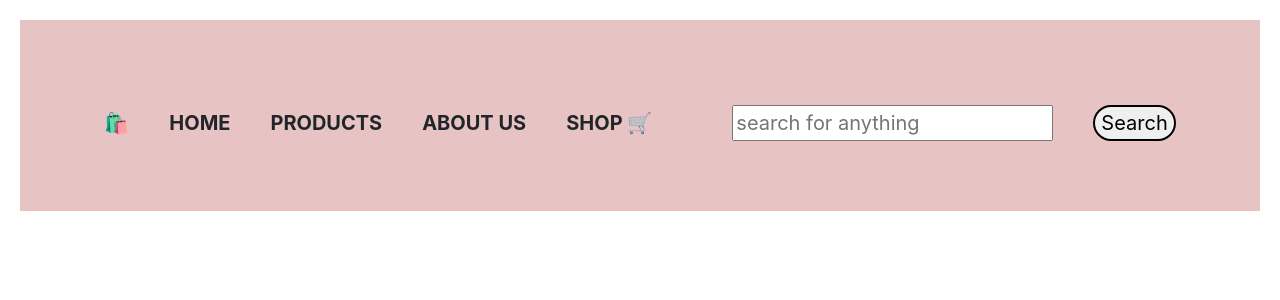
Repository: thf4/Project-Shop
Page: /
These files come from the project's save history. The page is drawn as it stood at one moment and after the next save; the edit follows.
The browser window is 1280 px wide. The pictures show the whole page.
The project was rebuilt for these pictures with package versions that can differ from the ones it lists, and the page was loaded fresh each time.

Above is the page before, as saved 2021-04-22 11:44:16.

### src/index.js
import React from 'react';
import ReactDOM from 'react-dom';
import 'bootstrap/dist/css/bootstrap.min.css';
import App from './App'


ReactDOM.render(
  <React.StrictMode>
   <App />
  </React.StrictMode>,
  document.getElementById('root')
);

### src/App.js
import './App.css'

function App() {
  return (
    <div className="App">
      <header className="App-header">

        <ul id="Lista">
          <li>🛍</li>
          <li> HOME </li>
          <li> PRODUCTS </li>
          <li> ABOUT US</li>
          <li> SHOP 🛒</li>
          <li>
            <li></li><input type="text" id="area-find" placeholder="search for anything"/></li>
            <li><button id="button" for="input" >Search</button></li>
        </ul>

      </header>
    </div>
  );
}

export default App;

### src/App.css
.App{
  width: 100%;
  height: auto;
  padding: 20px;
}

#Lista{
  list-style-type: none;
  margin: 0;

  font-weight: bold;
  text-align: center;
  padding: 50px 50px;
}
li{
 display: inline-block;
 font-size: 20px;
 padding: 20px;

}
#button{
  border-radius: 30px;
  border-style: solid;
  border-width: 2px;
}
.App-header{

  background-color: #a0171741;
}

Loaded but not shown: public/index.html (common file)

After the next save:
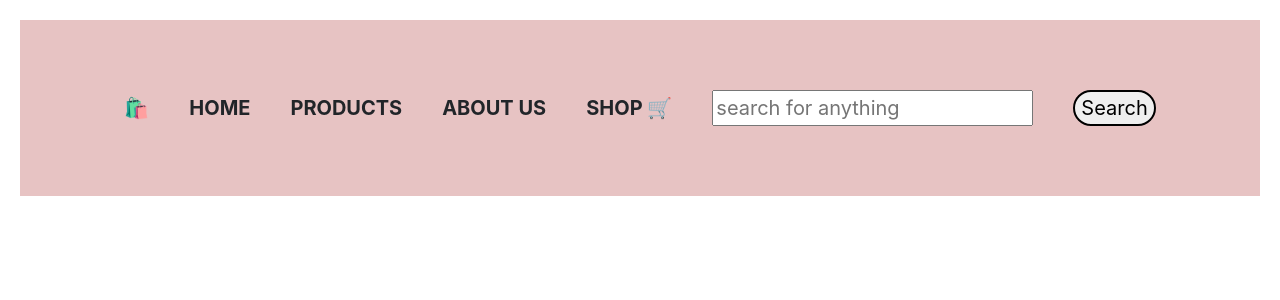
Saved 18 s later.
--- a/src/App.js
+++ b/src/App.js
@@ -11,9 +11,8 @@ function App() {
           <li> PRODUCTS </li>
           <li> ABOUT US</li>
           <li> SHOP 🛒</li>
-          <li>
-            <li></li><input type="text" id="area-find" placeholder="search for anything"/></li>
-            <li><button id="button" for="input" >Search</button></li>
+          <li><input type="text" id="area-find" placeholder="search for anything"/></li>
+          <li><button id="button" for="input" >Search</button></li>
         </ul>
 
       </header>
